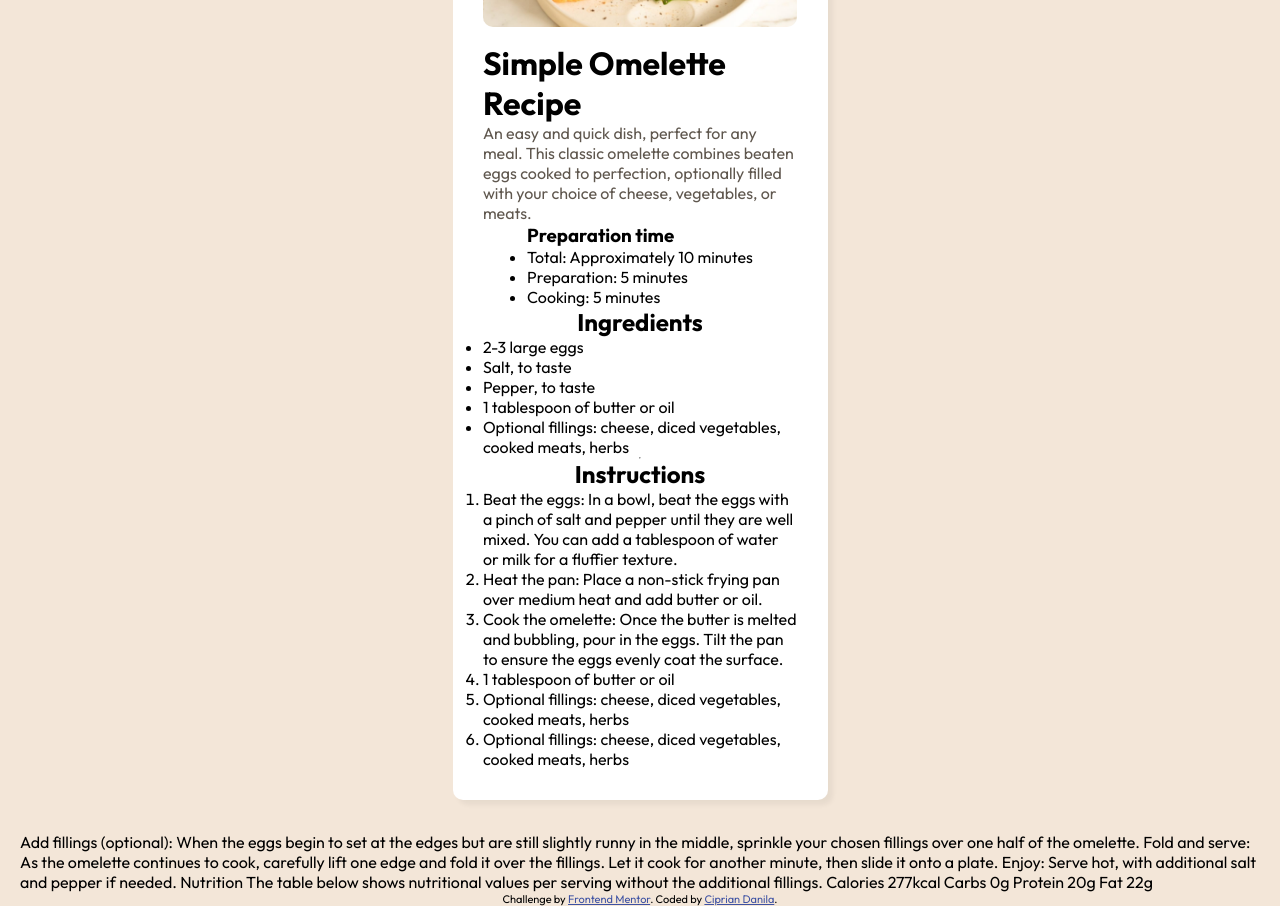
Repository: cipdanila/recipe-page
Page: index.html
These files come from the project's save history. The page is drawn as it stood at one moment and after the next save; the edit follows.
The browser window is 1280 px wide. The pictures show the whole page.

Above is the page before, as saved 2024-01-21 15:12:04.

### index.html
<!DOCTYPE html>
<html lang="en">
<head>
  <meta charset="UTF-8">
  <meta name="viewport" content="width=device-width, initial-scale=1.0"> <!-- displays site properly based on user's device -->

  <link rel="icon" type="image/png" sizes="32x32" href="./assets/images/favicon-32x32.png">
  <link rel="stylesheet" href="styles.css">

  <title>Frontend Mentor | Recipe page</title>

</head>
<body>
  <main>
    <div class="container">
      <img src="./assets/images//image-omelette.jpeg" alt="image-omlette">
      <h1>Simple Omelette Recipe</h1>
      <p>
        An easy and quick dish, perfect for any meal. This classic omelette combines beaten eggs cooked
        to perfection, optionally filled with your choice of cheese, vegetables, or meats.
      </p>
      <div class="prep-container">
        <h3>Preparation time</h3>
        <ul>
          <li>Total: Approximately 10 minutes</li>
          <li>Preparation: 5 minutes</li>
          <li>Cooking: 5 minutes</li>
        </ul>
      </div>
      <h2>Ingredients</h2>
      <ul>
        <li>2-3 large eggs</li>
        <li>Salt, to taste</li>
        <li>Pepper, to taste</li>
        <li>1 tablespoon of butter or oil</li>
        <li>Optional fillings: cheese, diced vegetables, cooked meats, herbs</li>
      </ul>
      <hr>
      <h2>Instructions</h2>
      <ol>
        <li>Beat the eggs: In a bowl, beat the eggs with a pinch of salt and pepper until they are well mixed.
          You can add a tablespoon of water or milk for a fluffier texture.</li>
        <li>Heat the pan: Place a non-stick frying pan over medium heat and add butter or oil.</li>
        <li>Cook the omelette: Once the butter is melted and bubbling, pour in the eggs. Tilt the pan to ensure
          the eggs evenly coat the surface.</li>
        <li>1 tablespoon of butter or oil</li>
        <li>Optional fillings: cheese, diced vegetables, cooked meats, herbs</li>
        <li>Optional fillings: cheese, diced vegetables, cooked meats, herbs</li>
      </ol>
    </div>
  </main>

  Add fillings (optional): When the eggs begin to set at the edges but are still slightly runny in the
  middle, sprinkle your chosen fillings over one half of the omelette.

  Fold and serve: As the omelette continues to cook, carefully lift one edge and fold it over the
  fillings. Let it cook for another minute, then slide it onto a plate.

  Enjoy: Serve hot, with additional salt and pepper if needed.

  Nutrition

  The table below shows nutritional values per serving without the additional fillings.

  Calories
  277kcal

  Carbs
  0g

  Protein
  20g

  Fat
  22g
  <footer>
    <div class="attribution">
      Challenge by <a href="https://www.frontendmentor.io?ref=challenge" target="_blank" rel="noopener">Frontend Mentor</a>.
      Coded by <a href="https://github.com/cipdanila" target="_blank" rel="noopener noreferrer">Ciprian Danila</a>.
    </div>
  </footer>
</body>
</html>

### styles.css
@import url("https://fonts.googleapis.com/css2?family=Outfit:wght@400;600;700&family=Young+Serif&display=swap");

* {
    margin: 0;
    padding: 0;
    box-sizing: border-box;
}

:root {
    /* Primary Colors */
    --nutmeg: hsl(14, 45%, 36%);            /* h2 */
    --dark-raspberry: hsl(332, 51%, 32%);   /* h3 */
    /* Neutral Colors */
    --white: hsl(0, 0%, 100%);              /* main container */
    --rose-white: hsl(330, 100%, 98%);      /* second container */
    --eggshell: hsl(30, 54%, 90%);          /* body */
    --light-grey: hsl(30, 18%, 87%);        /* shadow */
    --wenge-brown: hsl(30, 10%, 34%);       /* regular font */
    --dark-charcoal: hsl(24, 5%, 18%);      /* bold font */
}

body {
    font-family: "Outfit", sans-serif;
    font-size: 16px;
    background-color: var(--eggshell);
    display: flex;
    flex-direction: column;
    align-items: center;
    justify-content: center;
    height: calc(100vh - 1px);
    margin: 1.25rem;
}

img {
    max-width: 100%;
}

p {
    color: var(--wenge-brown);
}

.container {
    background-color: var(--white);
    padding: 1.90rem;
    border-radius: 0.625rem;
    box-shadow: 5px 5px 5px rgba(0, 0, 0, 0.05);
    display: flex;
    flex-direction: column;
    align-items: center;
    margin-bottom: 2rem;
}

.container img {
    border-radius: 0.625rem;
    margin-bottom: 1rem;
}

.attribution {
    font-size: 11px;
    text-align: center;
}

.attribution a {
    color: hsl(228, 45%, 44%);
}

@media (min-width: 375px) {
    .container {
        width: 375px;
    }
}

After the next save:
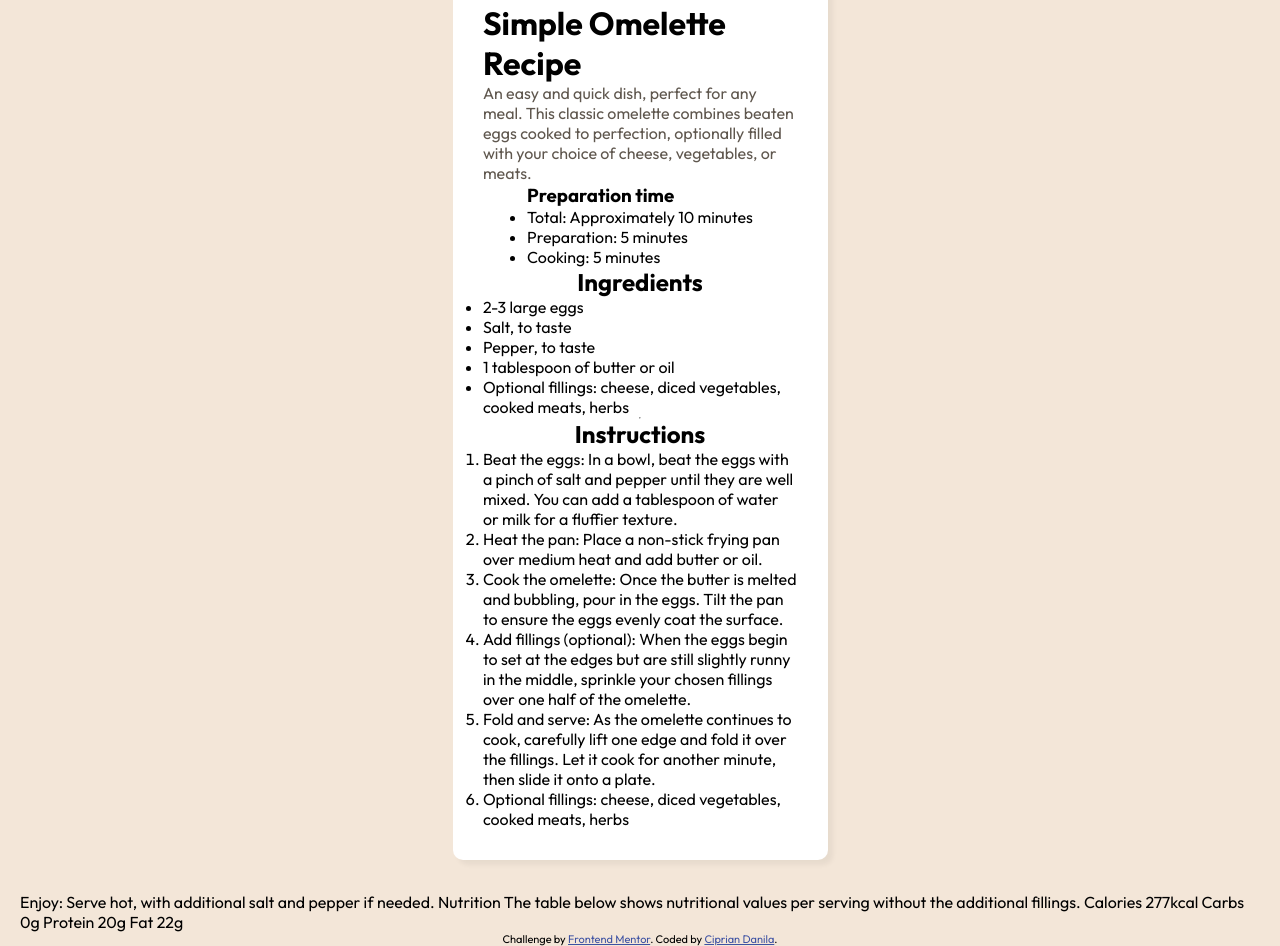
Saved 29 s later.
--- a/index.html
+++ b/index.html
@@ -43,18 +43,14 @@
         <li>Heat the pan: Place a non-stick frying pan over medium heat and add butter or oil.</li>
         <li>Cook the omelette: Once the butter is melted and bubbling, pour in the eggs. Tilt the pan to ensure
           the eggs evenly coat the surface.</li>
-        <li>1 tablespoon of butter or oil</li>
-        <li>Optional fillings: cheese, diced vegetables, cooked meats, herbs</li>
+        <li>Add fillings (optional): When the eggs begin to set at the edges but are still slightly runny in the
+          middle, sprinkle your chosen fillings over one half of the omelette.</li>
+        <li>Fold and serve: As the omelette continues to cook, carefully lift one edge and fold it over the
+          fillings. Let it cook for another minute, then slide it onto a plate.</li>
         <li>Optional fillings: cheese, diced vegetables, cooked meats, herbs</li>
       </ol>
     </div>
   </main>
-
-  Add fillings (optional): When the eggs begin to set at the edges but are still slightly runny in the
-  middle, sprinkle your chosen fillings over one half of the omelette.
-
-  Fold and serve: As the omelette continues to cook, carefully lift one edge and fold it over the
-  fillings. Let it cook for another minute, then slide it onto a plate.
 
   Enjoy: Serve hot, with additional salt and pepper if needed.
 
